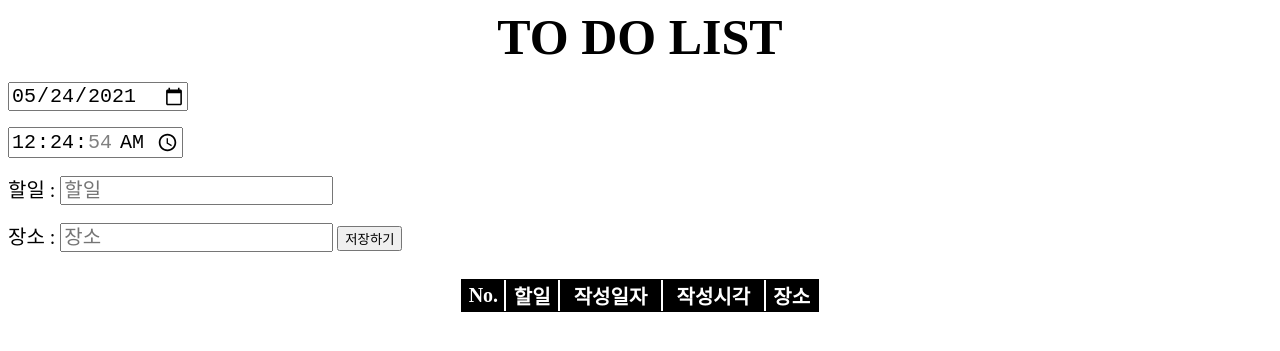
Repository: kimyoungjin98/Exam_Project
Page: http://localhost/Server_PR_TodoList/
These files come from the project's save history. The page is drawn as it stood at one moment and after the next save; the edit follows.
The browser window is 1280 px wide. The pictures show the whole page.
The page is served by Tomcat 9. Queries for data that is not in the repository find no rows.

Above is the page before, as saved 2021-05-24 06:28:30.

After the next save:
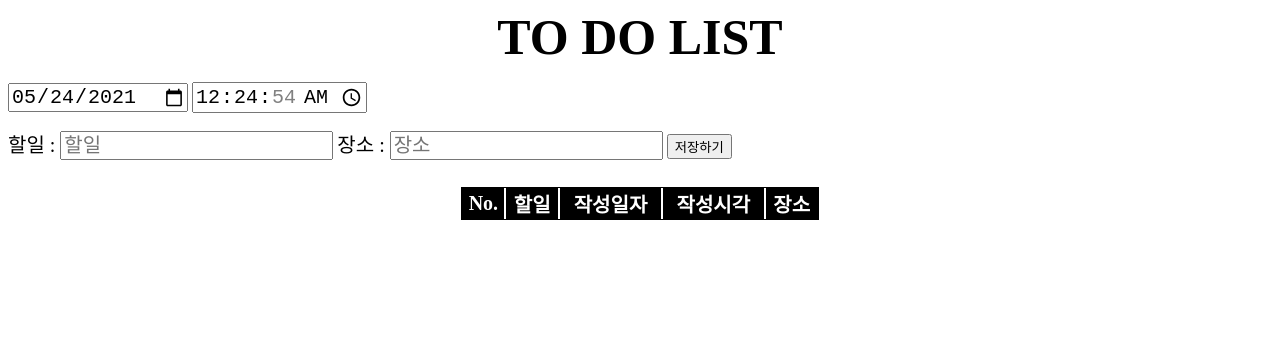
Saved 25 s later.
--- a/Server_PR_TodoList/src/main/webapp/WEB-INF/views/write.jsp
+++ b/Server_PR_TodoList/src/main/webapp/WEB-INF/views/write.jsp
@@ -39,10 +39,10 @@ document.addEventListener("DOMContentLoaded", function(ev){
 <body>
 
 	<form method="POST" class="1">
-	<input name="td_date" placeholder="작성일자" type="date" value="${TD.td_date}"><p>
+	<input name="td_date" placeholder="작성일자" type="date" value="${TD.td_date}">
 	<input name="td_time" placeholder="작성시각" type="time" value="${TD.td_time}"><p>
 	<label>할일 : </label>
-	<input name="td_content" placeholder="할일" value="${TD.td_content}"></input><p>
+	<input name="td_content" placeholder="할일" value="${TD.td_content}"></input>
 	<label>장소 : </label><input name="td_place" placeholder="장소" value="${TD.td_place}">
 
 		<button>저장하기</button>
